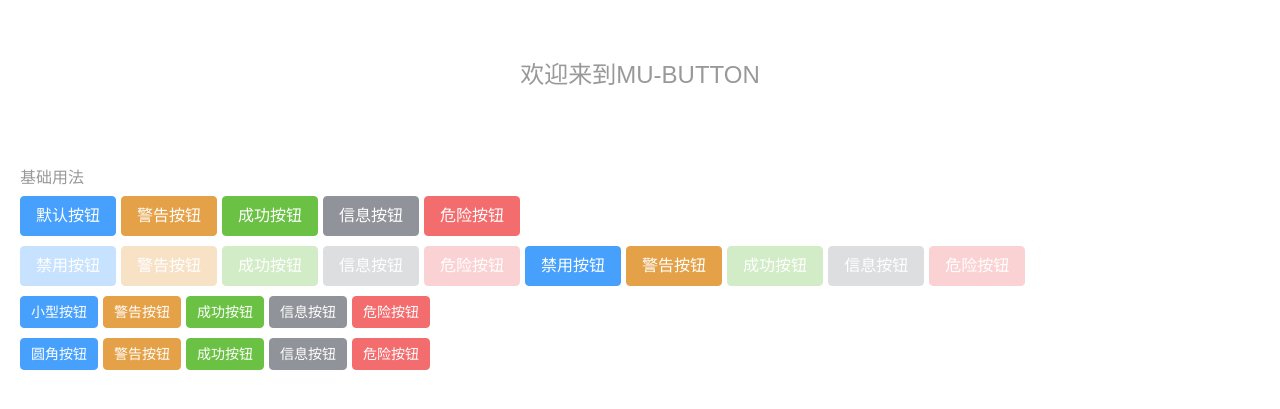
Repository: HuoXiaoYe/huoxiaoye_mumu
Page: /
The author's editor kept a copy of each file at every save. The page is drawn from the files as they stood at one save, then again after the next save.
The browser window is 1280 px wide. The pictures show the whole page.
The project was rebuilt for these pictures with package versions that can differ from the ones it lists, and the page was loaded fresh each time.

Above is the page before, as saved 2020-07-04 17:42:20.

After the next save:
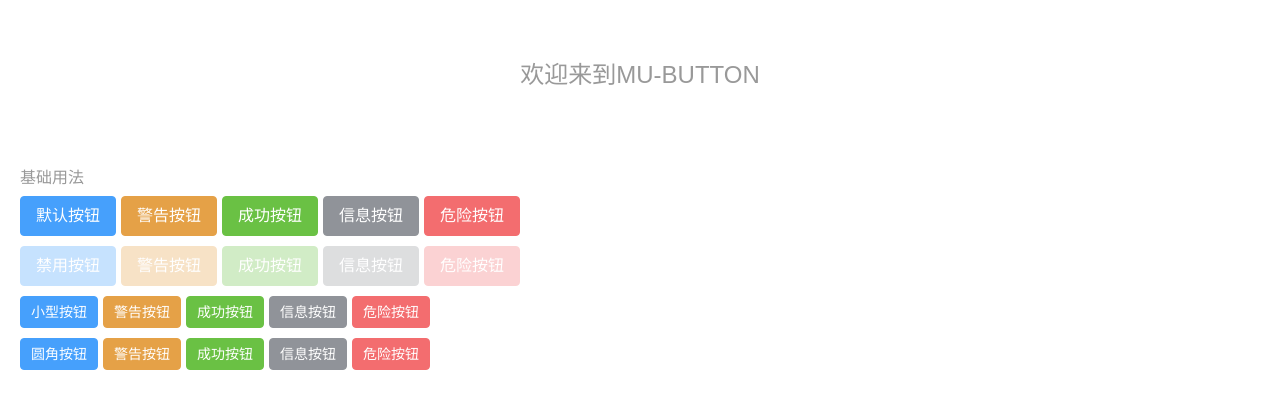
Saved 5 s later.
--- a/src/pages/buttonWrap/buttonWrap.tsx
+++ b/src/pages/buttonWrap/buttonWrap.tsx
@@ -53,11 +53,6 @@ function ButtonWrap() {
                             )
                         })
                     }
-                    <li><MUButton >禁用按钮</MUButton></li>
-                    <li><MUButton  type="warning">警告按钮</MUButton></li>
-                    <li><MUButton disabled={true} type="success">成功按钮</MUButton></li>
-                    <li><MUButton disabled={true} type="info">信息按钮</MUButton></li>
-                    <li><MUButton disabled={true} type="danger">危险按钮</MUButton></li>
                 </ul>
 
                 <ul>
